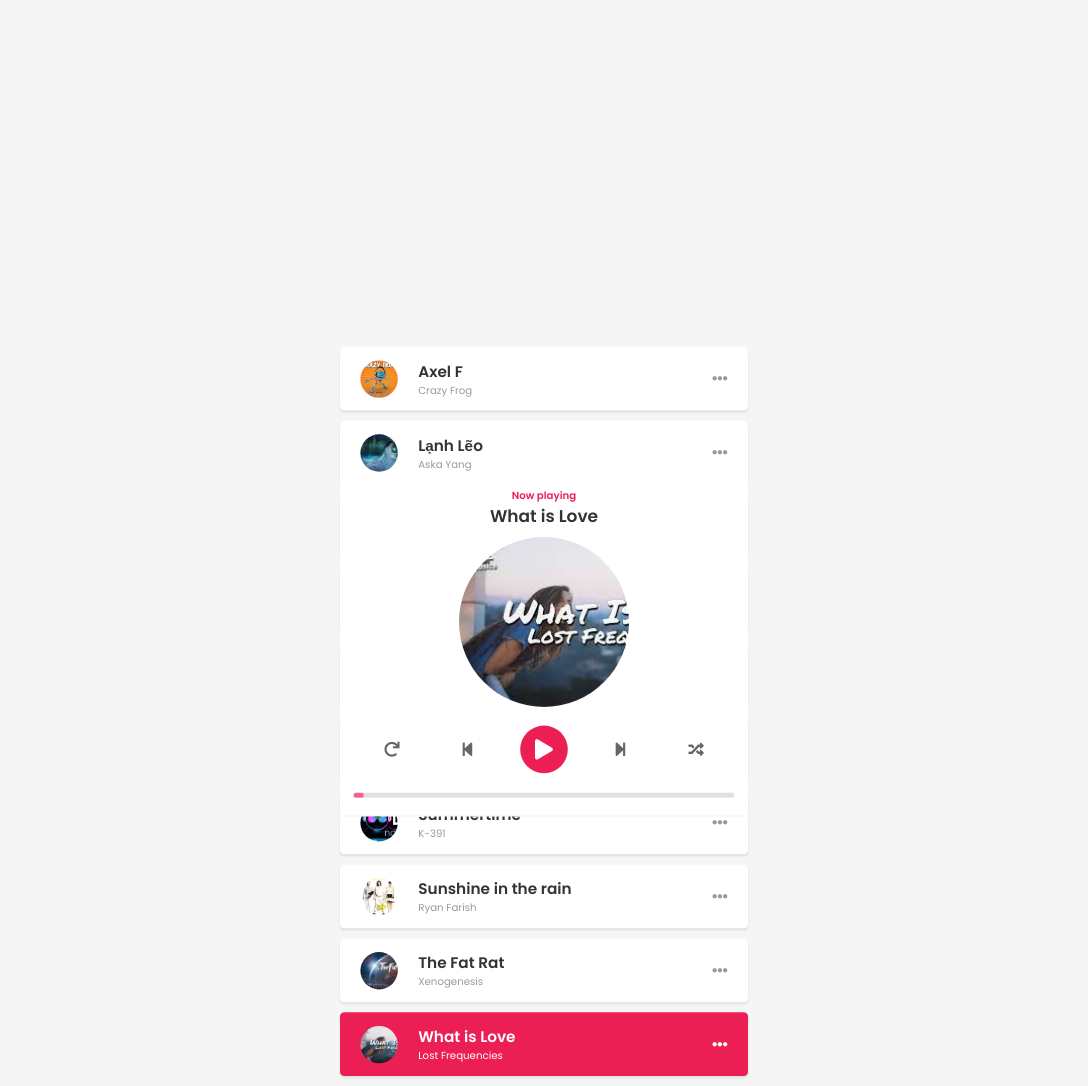
Repository: NBlue/Music_Player
Page: index.html
These files come from the project's save history. The page is drawn as it stood at one moment and after the next save; the edit follows.
The browser window is 1280 px wide. The pictures show the whole page, at 85% of full size.
After loading, the first visible `div.btn-prev` was clicked once.

Above is the page before, as saved 2021-10-16 21:58:05.

After the next save:
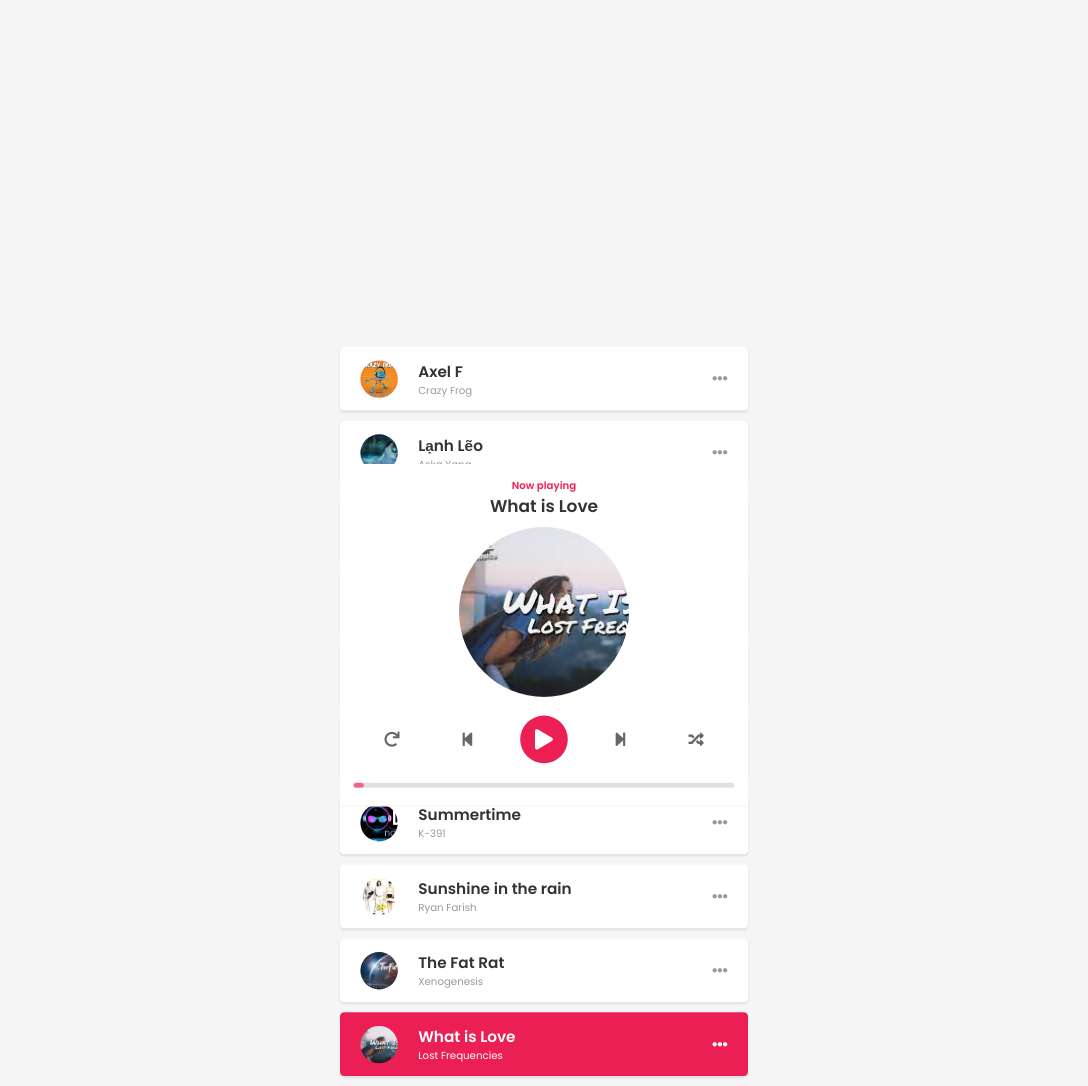
Saved 2 min 36 s later.
--- a/main.js
+++ b/main.js
@@ -318,11 +318,13 @@ const app = {
         }
     },
 
+    // Bài hát được active luông được hiển thị trước màn hình
     scrollToActiveSong: function () {
         setTimeout(function () {
             let activeSong = $(".song.active");
             activeSong.scrollIntoView({
                 behavior: "smooth",
+                block: "nearest",
             });
         }, 200);
     },
